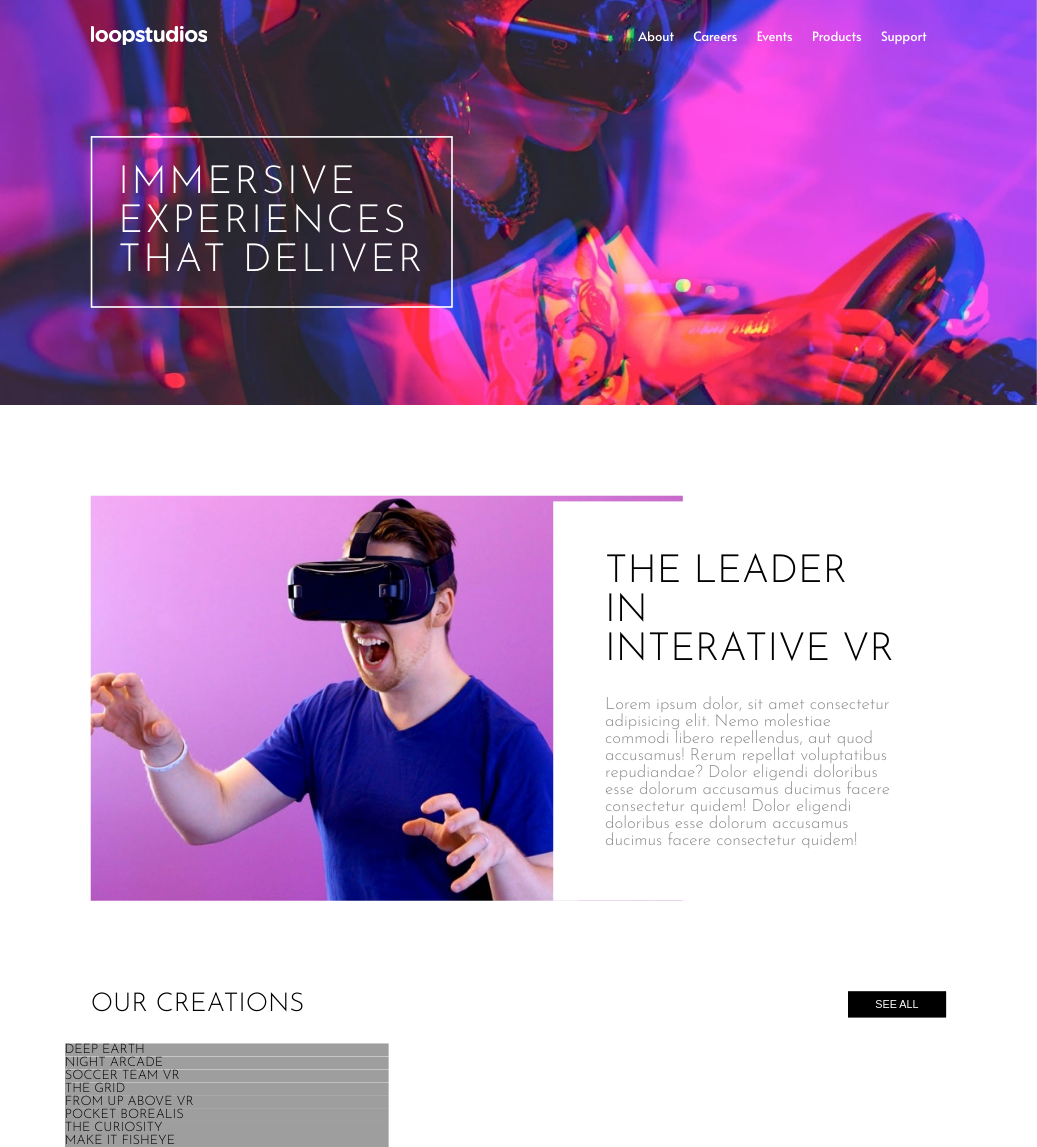
Repository: gligor99/loopstudios-fm
Page: /
The author's editor kept a copy of each file at every save. The page is drawn from the files as they stood at one save, then again after the next save.
The browser window is 1280 px wide. The pictures show the whole page, at 81% of full size.
Pictures or frames that could not be fetched are drawn as grey boxes. Backgrounds fixed to the window are drawn as part of the page. The project was rebuilt for these pictures with package versions that can differ from the ones it lists, and the page was loaded fresh each time.

Above is the page before, as saved 2021-11-28 17:10:50.

### src/index.css
@import url('https://fonts.googleapis.com/css2?family=Alata&family=Josefin+Sans:wght@300&display=swap');

:root {
  --clr-white: hsl(0, 0%, 100%);
  --clr-black: hsl(0, 0%, 0%);
  --clr-dark-gray: hsl(0, 0%, 55%);
  --clr-very-dark-gray: hsl(0, 0%, 41%)
}

*,
::after,
::before {
  margin: 0;
  padding: 0;
  box-sizing: border-box;
}

body {
  font-family: "Alata", sans-serif;
  background: var(--clr-light-grayish-cyan);
  color: var(--clr-grey-1);
  font-size: 1rem;
}

### src/App.jsx
import About from "./components/About/About";
import Creations from "./components/Creations/Creations";
import Hero from "./components/Hero/Hero";


function App() {
  return (
    <div className="App">
      <Hero />
      <About />
      <Creations />
    </div>
  );
}

export default App;

### src/components/About/About.jsx
import "./about.css";
import image from "../../assets/desktop/image-interactive.jpg";

const About = () => {
  return (
    <div className="about-container">
      <img className="image-interactive" src={image} alt="interactive.jpg" />
      <div className="about-content">
        <h1 className="about-title">The leader in <br />interative VR</h1>
        <p className="about-p">
          Lorem ipsum dolor, sit amet consectetur adipisicing elit. Nemo
          molestiae commodi libero repellendus, aut quod accusamus! Rerum
          repellat voluptatibus repudiandae? Dolor eligendi doloribus esse
          dolorum accusamus ducimus facere consectetur quidem! Dolor eligendi doloribus esse
          dolorum accusamus ducimus facere consectetur quidem!
        </p>
      </div>
    </div>
  );
};

export default About;

### src/components/Creations/Creations.jsx
import './creations.css'
import data from '../../data'
import Card from '../Card/Card';

const Creations = () => {
  return <div className="creation-container">
      <div className="creation-header">
          <h1 className="creation-title">
              Our Creations
          </h1>
          <button className="creation-btn">
              See All
          </button>
      </div>
      <div className="creation-cards">
          {data.map((item) => {
              return <Card key={item.id} item={item} />
          })}
      </div>
  </div>;
};

export default Creations;

### src/components/Hero/Hero.jsx
import React from "react";
import Navbar from "../Navbar/Navbar";
import "./hero.css";

const Hero = () => {
  return (
    <div className="container">
      <Navbar />
      <div className="container-content">
        <h1 className="title">
          Immersive <br /> experiences <br />
          that deliver
        </h1>
      </div>
    </div>
  );
};

export default Hero;

### src/components/About/about.css
.about-container {
  display: flex;
  justify-content: center;
  align-items: flex-end;
  margin: auto;
  padding: 7rem;
}

.image-interactive {
  height: 80%;
  z-index: -1;
}
.about-content {
  background-color: var(--clr-white);
  z-index: 1;
  height: 80%;
  padding: 4rem;
  margin-left: -10rem;
}

.about-title {
  font-family: "Josefin Sans", sans-serif;
  font-weight: 100;
  font-size: 3rem;
  text-transform: uppercase;
}

.about-p {
  color: var(--clr-dark-gray);
  font-family: "Josefin Sans", sans-serif;
  font-size: 1.3rem;
  padding-top: 2rem;
}

### src/components/Creations/creations.css
.creation-header {
  display: flex;
  flex-direction: row;
  justify-content: space-between;
  padding-left: 7rem;
  padding-right: 7rem;
  padding-bottom: 2rem;
}

.creation-title {
  font-family: "Josefin Sans", sans-serif;
  text-transform: uppercase;
  font-weight: 100;
}

.creation-btn {
  border: none;
  background-color: var(--clr-black);
  border: 2px solid black;
  color: var(--clr-white);
  text-transform: uppercase;
  padding: 0 2rem 0 2rem;
  cursor: pointer;
  transition: 0.2s ease-in;
}
.creation-btn:hover {
  background-color: var(--clr-white);
  color: var(--clr-black);
  border: 2px solid black;
}

.creation-cards{
  padding: 0 5rem 0 5rem;
  display: flex;
  justify-content: space-between;
  flex-wrap: wrap;
  width: 100%;
}

### src/data.js
const data = [
  {
    id: 1,
    title: "Deep Earth",
    img: "https://i.ibb.co/mtd0XJx/image-deep-earth.jpg",
  },
  {
    id: 2,
    title: "Night  Arcade",
    img: "https://i.ibb.co/5Wcqskt/image-night-arcade.jpg",
  },
  {
    id: 3,
    title: "Soccer Team VR",
    img: "https://i.ibb.co/fFDbQDR/image-soccer-team.jpg",
  },
  {
    id: 4,
    title: "The Grid",
    img: "https://i.ibb.co/r59dNbs/image-grid.jpg",
  },
  {
    id: 5,
    title: "From up Above VR",
    img: "https://i.ibb.co/PYK37pW/image-from-above.jpg",
  },
  {
    id: 6,
    title: "Pocket Borealis",
    img: "https://i.ibb.co/9hsnGFt/image-pocket-borealis.jpg",
  },
  {
    id: 7,
    title: "The curiosity",
    img: "https://i.ibb.co/fQZHkXQ/image-curiosity.jpg",
  },
  {
    id: 8,
    title: "Make it fisheye",
    img: "https://i.ibb.co/D506TGt/image-fisheye.jpg",
  },
];

export default data;

### src/components/Card/Card.jsx
import "./card.css";

const Card = ({ item }) => {
  return (
    <div
      className="card-container"
      style={{
        backgroundImage: `url(${item.img})`,
        backgroundRepeat: "no-repeat",
        height: "100%",
        width: "100%",
      }}
    >
      <h4 className="card-title">{item.title}</h4>
    </div>
  );
};

export default Card;

### src/components/Navbar/Navbar.jsx
import logo from "../../assets/logo.svg";
import "./navbar.css";

const Navbar = () => {
  return (
    <div className="wrapper">
      <img src={logo} alt="logo.svg" />
      <ul>
        <li>
          <a href="/about">About</a>
        </li>
        <li>
          <a href="/careers">Careers</a>
        </li>
        <li>
          <a href="/events">Events</a>
        </li>
        <li>
          <a href="/products">Products</a>
        </li>
        <li>
          <a href="/support">Support</a>
        </li>
      </ul>
    </div>
  );
};

export default Navbar;

### src/components/Hero/hero.css
.container {
    background: url('../../assets/desktop/image-hero.jpg');
    background-repeat: no-repeat;
    background-attachment: fixed;
    background-size: cover;
    height: 500px;
}
.container-content {
    display: flex;
    margin-top: 5rem;
    margin-left: 7rem;
}

.title {
    border: 2px solid var(--clr-white);
    padding: 2rem;
    text-transform: uppercase;
    font-family: 'Josefin Sans' , sans-serif;
    font-size: 3rem;
    font-weight: 100;
    letter-spacing: 0.2rem;
    color: white;
}

### src/components/Card/card.css
.card-title {
  text-transform: uppercase;
  font-family: "Josefin Sans", sans-serif;
  font-weight: 100;
  color: var(--clr-black);
}

### src/components/Navbar/navbar.css
.wrapper {
  display: flex;
  flex-direction: row;
  justify-content: space-between;
  align-items: center;
  margin: auto;
  padding: 2rem 7rem 2rem 7rem;
  background-color: transparent;
}
img {
  height: 1.5rem;
}
ul {
  display: flex;
  flex-wrap: nowrap;
  justify-content: space-evenly;
}
li {
  list-style-type: none;
  padding-right: 1.5rem;
}
a {
  position: relative;
  display: inline-block;
  text-decoration: none;
  color: var(--clr-white);
}
a:after {
  content: "";
  position: absolute;
  left: 0;
  top: 100%;
  width: 0;
  height: 1.8px;
  background-color: var(--clr-white);
  transition: width 0.2s ease-in-out;
}
a:hover:after {
  width: 100%;
}

Loaded but not shown: public/index.html (common file); src/index.jsx (common file)

After the next save:
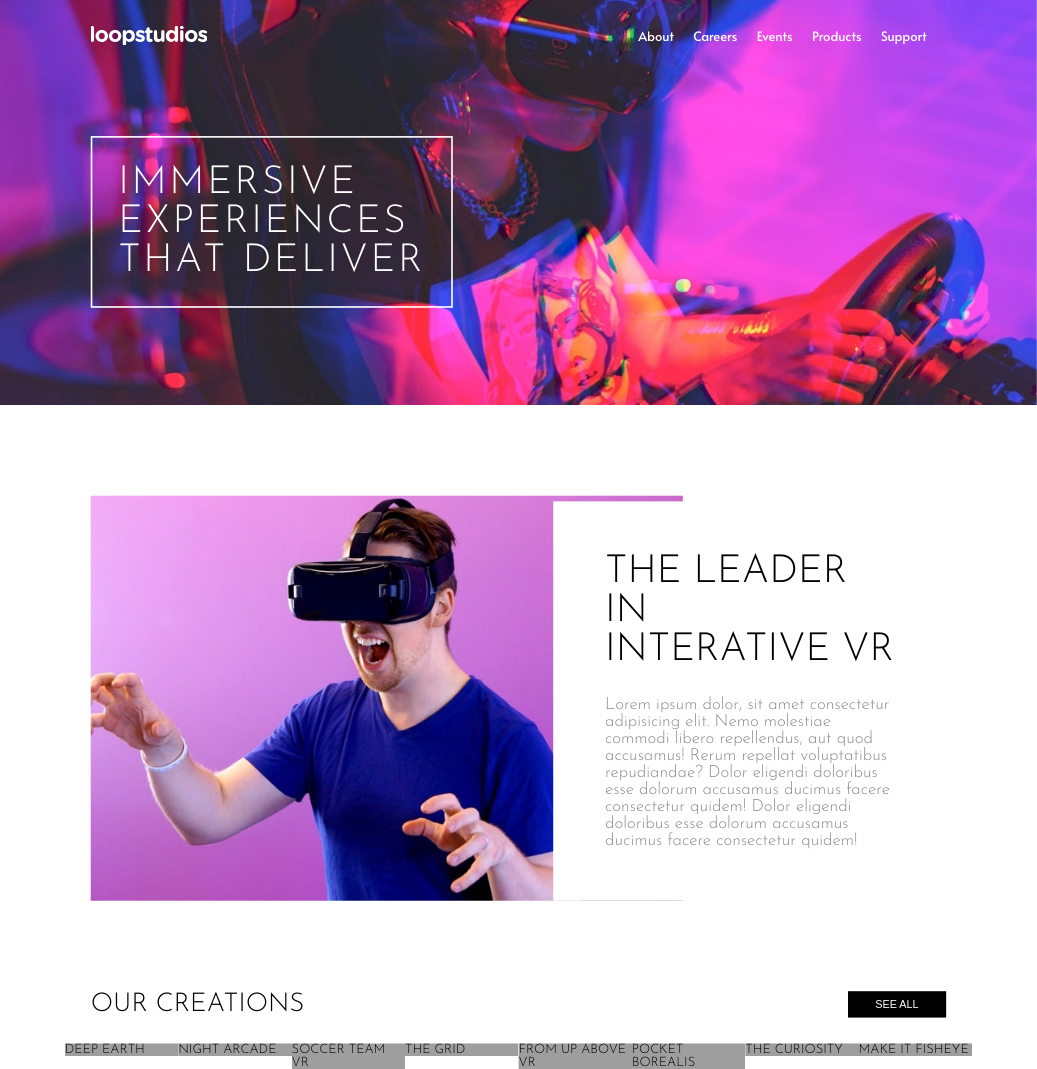
Saved 5 s later.
--- a/src/components/Creations/creations.css
+++ b/src/components/Creations/creations.css
@@ -33,6 +33,6 @@
   padding: 0 5rem 0 5rem;
   display: flex;
   justify-content: space-between;
-  flex-wrap: wrap;
+  flex-wrap: nowrap;
   width: 100%;
 }

After the save that followed:
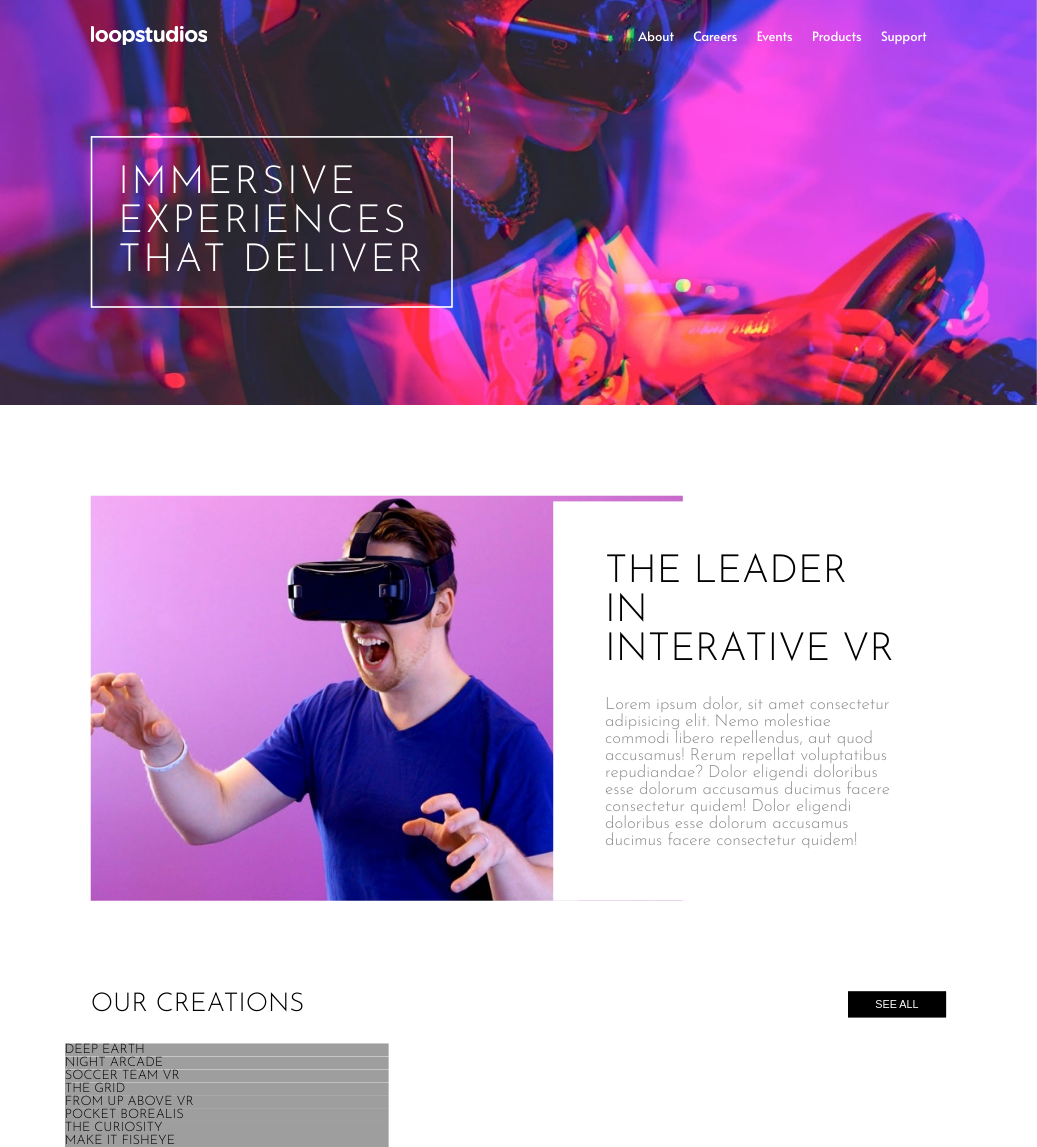
Saved 8 s later.
--- a/src/components/Creations/creations.css
+++ b/src/components/Creations/creations.css
@@ -33,6 +33,6 @@
   padding: 0 5rem 0 5rem;
   display: flex;
   justify-content: space-between;
-  flex-wrap: nowrap;
+  flex-wrap: wrap;
   width: 100%;
 }
